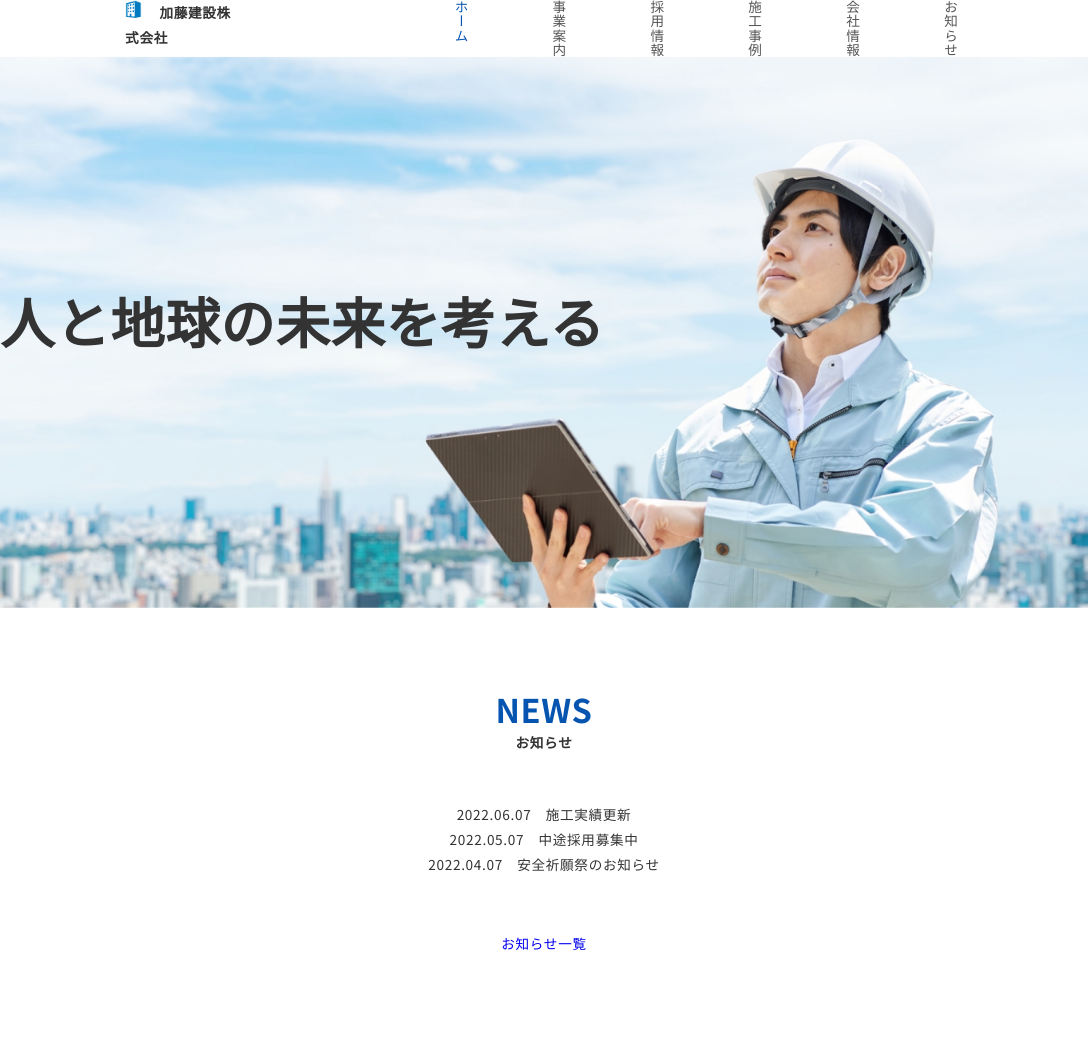
Repository: nozomi-23/hp1_test
Page: index.html
The author's editor kept a copy of each file at every save. The page is drawn from the files as they stood at one save, then again after a run of saves.
The browser window is 1280 px wide. The pictures show the whole page, at 85% of full size.

Above is the page before, as saved 2022-06-12 11:05:41.

After the next 3 saves:
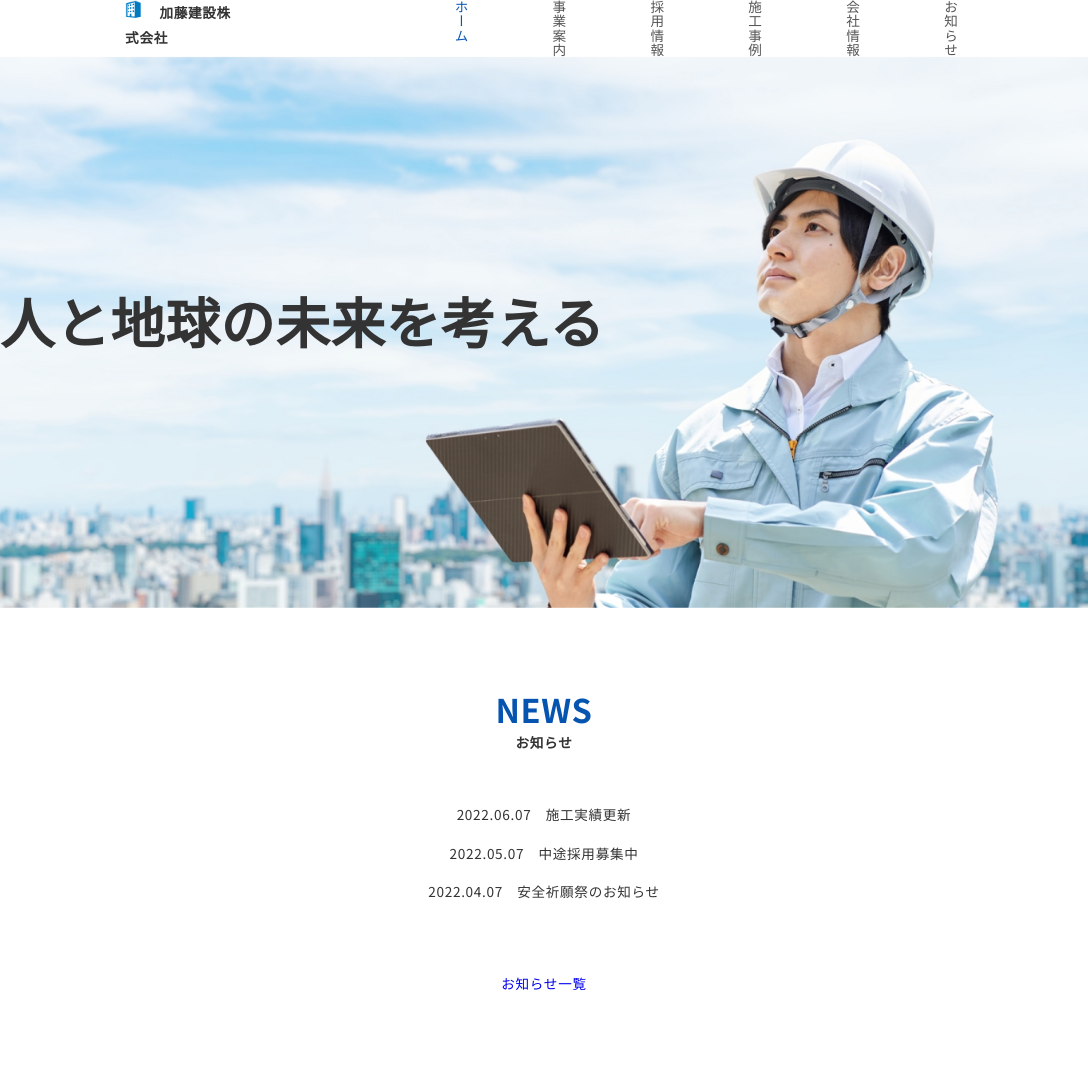
The 3 saves are shown as one change because they came seconds apart.
The last was saved 6 s later.
--- a/css/index.css
+++ b/css/index.css
@@ -66,7 +66,5 @@ news
   padding: 5%;
 }
 .news_wrapper ul li {
-
+  margin-bottom: 1rem;
 }
-
-    margin-bottom: 1rem;
